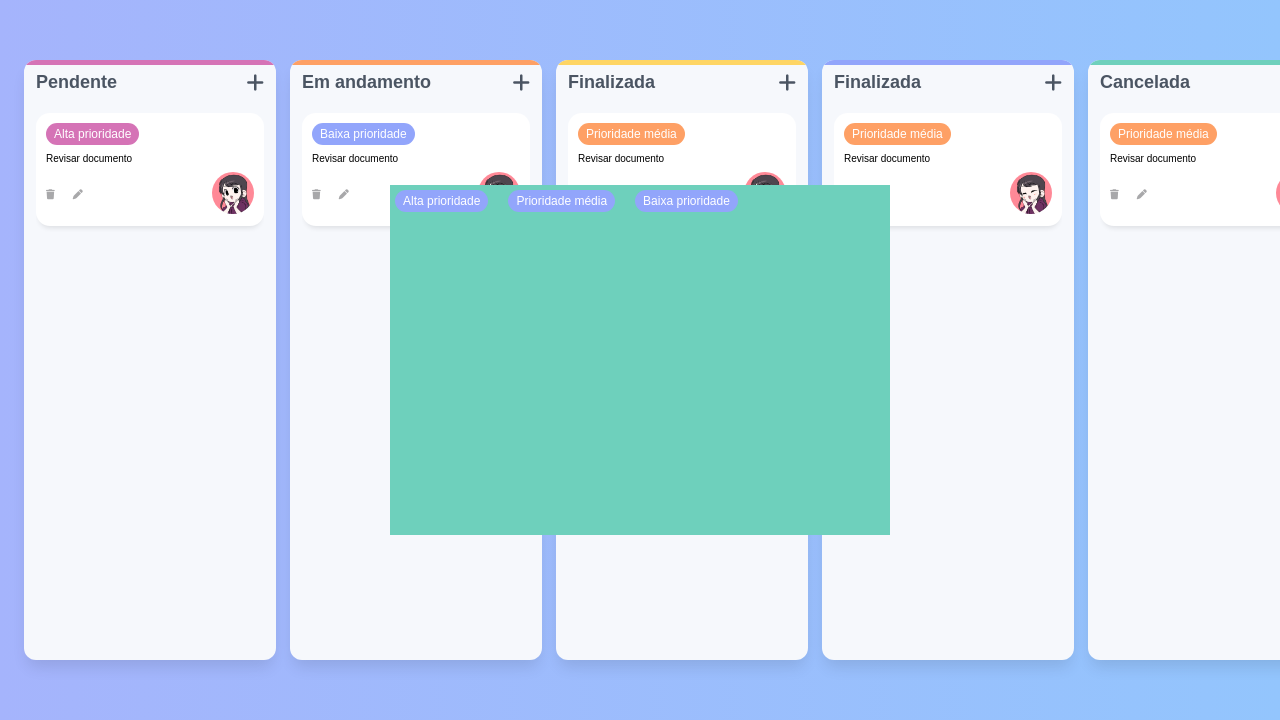
Repository: Marinalr-25/ProjetoToDoList
Page: index.html
An editor plug-in stored every save of this project. The page is shown before and after the next save, followed by the edit.
The browser window is 1280 px wide. The pictures show the whole page.
Some web fonts or font styles are not loaded; a fallback is used. Some web libraries are served in a nearby version.

Above is the page before, as saved 2024-10-31 15:56:47.

After the next save:
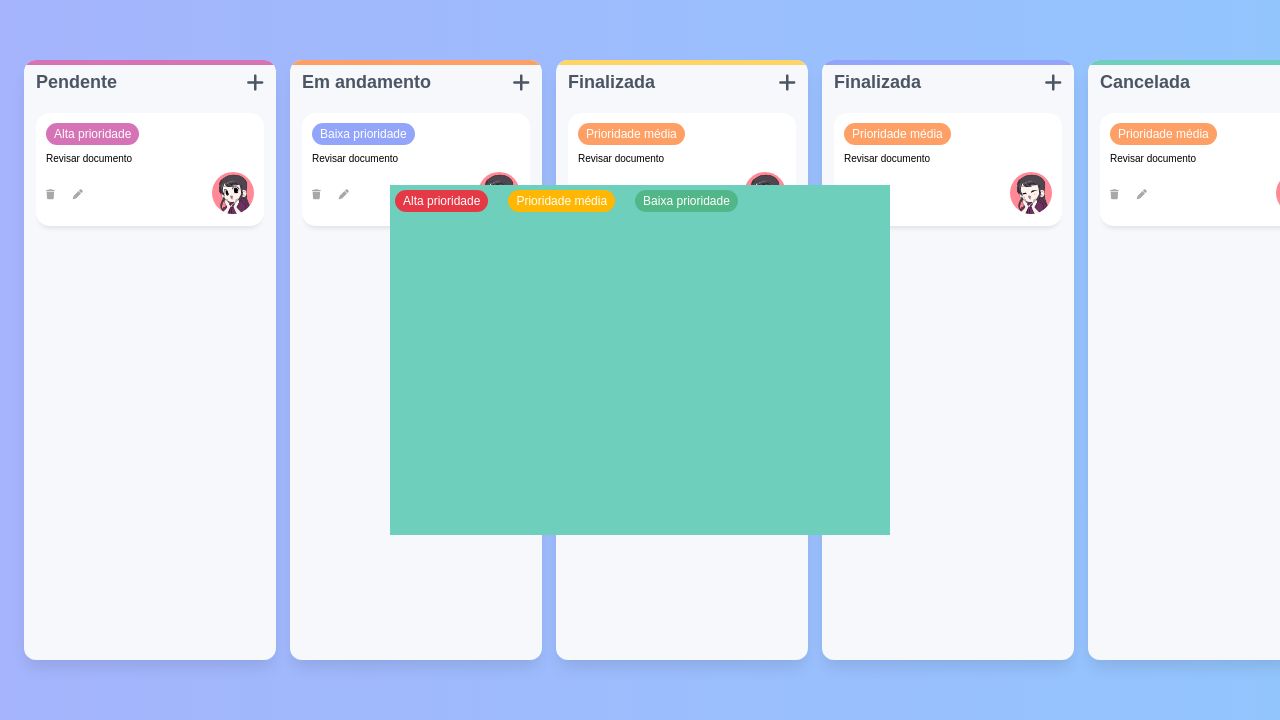
Saved 63 s later.
--- a/css/style.css
+++ b/css/style.css
@@ -193,6 +193,18 @@
   border-radius: 1.2rem;
 }
 
+#alta_prioridade + label {
+  background-color: #e63946; /* Vermelho para alta prioridade */
+}
+
+#media_prioridade + label {
+  background-color: #ffb703; /* Amarelo para média prioridade */
+}
+
+#baixa_prioridade + label {
+  background-color: #52b788; /* Verde para baixa prioridade */
+}
+
 .custom-radio input[type='radio']:checked + label {
   transform: scale(1.1);
   box-shadow: 0 0 5px rgba(0, 0, 0, 0.2);

After the save that followed:
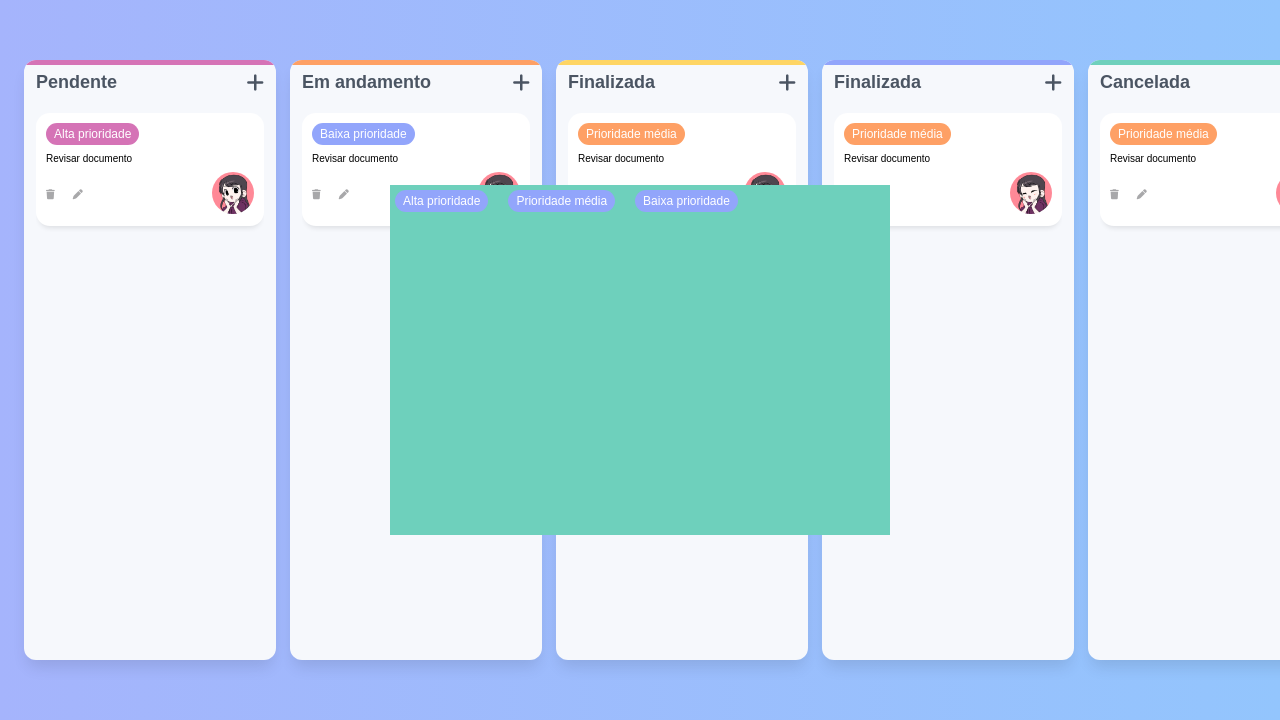
Saved 2 min 10 s later.
--- a/css/style.css
+++ b/css/style.css
@@ -193,15 +193,15 @@
   border-radius: 1.2rem;
 }
 
-#alta_prioridade + label {
+#alta_prioridade:checked + label {
   background-color: #e63946; /* Vermelho para alta prioridade */
 }
 
-#media_prioridade + label {
+#media_prioridade:checked + label {
   background-color: #ffb703; /* Amarelo para média prioridade */
 }
 
-#baixa_prioridade + label {
+#baixa_prioridade:checked + label {
   background-color: #52b788; /* Verde para baixa prioridade */
 }
 
